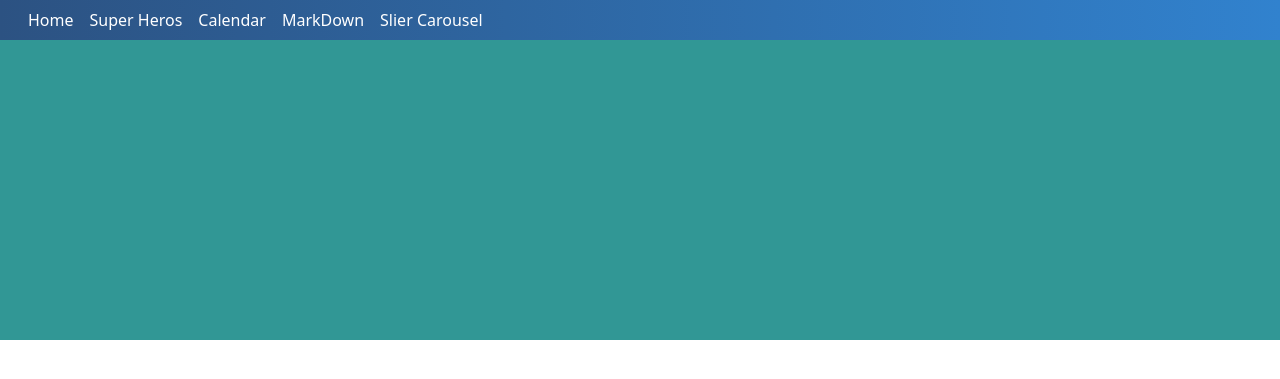
Repository: kshvkndl/VueFullCoursePractice
Page: /slider
The author's editor kept a copy of each file at every save. The page is drawn from the files as they stood at one save, then again after a run of saves.
The browser window is 1280 px wide. The pictures show the whole page.
The project was rebuilt for these pictures with package versions that can differ from the ones it lists, and the page was loaded fresh each time. Also part of the build but not shown: src/pages/SuperHeros.vue, src/pages/Calender.vue, src/pages/Home.vue, src/utilities/mixins/debounce.js, src/pages/MarkDown.vue.

Above is the page before, as saved 2020-11-19 16:35:18.

### src/main.js
import { createApp } from 'vue'
import App from './App.vue'
import './assets/style.css'
import router from './router'

const app = createApp(App);
app.use(router);
app.mount('#app');

### src/App.vue
<template>
  <AppHeader></AppHeader>
  <div class="w-full flex">
    <router-view></router-view>
  </div>
</template>

<script>
import AppHeader from "@/components/AppHeader";
export default {
  components: { AppHeader },
};
</script>

### src/router.js
import { createRouter, createWebHistory } from 'vue-router';
import SuperHeros from '@/pages/SuperHeros'
import Calender from '@/pages/Calender'
import Home from '@/pages/Home'
import MarkDown from '@/pages/MarkDown'
import Slider from '@/pages/Slider'


const routes = [
    { path: '/', component: Home },
    { path: '/super-heros', component: SuperHeros },
    { path: '/calendar', component: Calender },
    { path: '/markdown', component: MarkDown },
    { path: '/slider', component: Slider },
]

const router = createRouter({
    history: createWebHistory(),
    routes,
});
export default router;

### src/components/AppHeader.vue
<template>
  <nav
    class="w-full bg-gradient-to-r from-blue-800 to-blue-600 text-white px-5 py-2"
  >
    <router-link
      class="mx-2"
      v-for="item in list"
      :key="item.to"
      :to="item.to"
      >{{ item.title }}</router-link
    >
  </nav>
</template>


<script>
export default {
  data() {
    return {
      list: [
        { title: "Home", to: "/" },
        { title: "Super Heros", to: "/super-heros" },
        { title: "Calendar", to: "/calendar" },
        { title: "MarkDown", to: "/markdown" },
        { title: "Slier Carousel", to: "/slider" },
      ],
    };
  },
};
</script>

### src/pages/Slider.vue
<template>
  <div class="flex flex-wrap w-full">
    <div
      v-if="currentSlide == 0"
      class="absolute w-full bg-blue-600"
      style="height: 300px"
    ></div>
    <div
      v-if="currentSlide == 1"
      class="absolute w-full bg-yellow-600"
      style="height: 300px"
    ></div>
    <div
      v-if="currentSlide == 2"
      class="absolute w-full bg-teal-600"
      style="height: 300px"
    ></div>
  </div>
</template>

<script>
export default {
  data() {
    return {
      currentSlide: 0,
      interval: "",
    };
  },
  mounted() {
    this.interval = setInterval(() => {
      this.currentSlide = this.currentSlide === 2 ? 0 : this.currentSlide + 1;
    }, 2000);
  },
  beforeUnmount() {
    clearInterval(this.interval);
  },
};
</script>

<style scoped>
</style>

Loaded but not shown: public/index.html (common file); src/assets/style.css (common file); tailwind.config.js (common file)

After the next 2 saves:
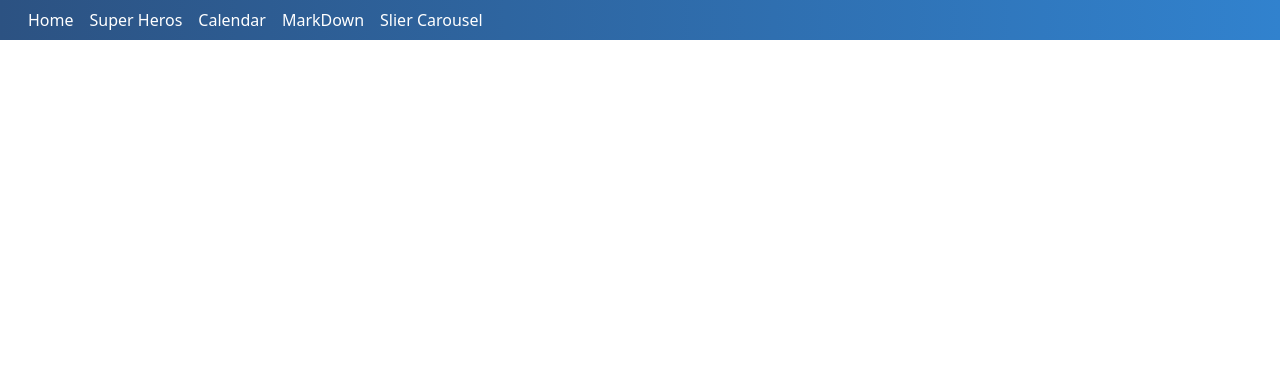
The 2 saves are shown as one change because 1 did not build or start.
The last was saved 2 min 33 s later.
--- a/src/pages/Slider.vue
+++ b/src/pages/Slider.vue
@@ -1,20 +1,14 @@
 <template>
   <div class="flex flex-wrap w-full">
-    <div
-      v-if="currentSlide == 0"
-      class="absolute w-full bg-blue-600"
-      style="height: 300px"
-    ></div>
-    <div
-      v-if="currentSlide == 1"
-      class="absolute w-full bg-yellow-600"
-      style="height: 300px"
-    ></div>
-    <div
-      v-if="currentSlide == 2"
-      class="absolute w-full bg-teal-600"
-      style="height: 300px"
-    ></div>
+    <div>
+      <div
+        v-if="currentSlide == 0"
+        v-for="color in sliders"
+        :key="color"
+        class="absolute w-full bg-blue-600"
+        style="height: 300px"
+      ></div>
+    </div>
   </div>
 </template>
 
@@ -23,6 +17,7 @@ export default {
   data() {
     return {
       currentSlide: 0,
+      sliders: ["bg-teal-600", "bg-blue-600", "bg-yellow-600"],
       interval: "",
     };
   },
